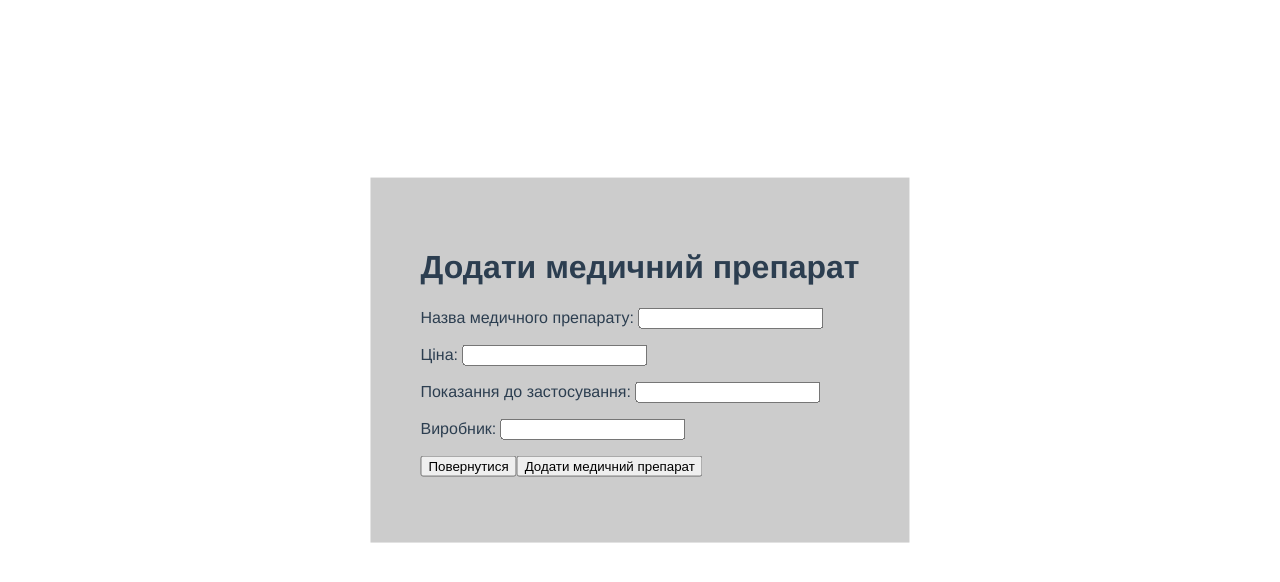
Repository: kristinap8/pharmacy
Page: /add_medicine
The author's editor kept a copy of each file at every save. The page is drawn from the files as they stood at one save, then again after the next save.
The browser window is 1280 px wide. The pictures show the whole page.
The project was rebuilt for these pictures with package versions that can differ from the ones it lists, and the page was loaded fresh each time. Also part of the build but not shown: src/components/EditMedicineForm/index.vue, src/pages/EditMedicine/index.vue, src/components/MedicinesList/MedicineCard/index.vue, src/components/MedicinesList/index.vue, src/pages/AllMedicines/index.vue, src/components/CartForm/index.vue, src/pages/Cart/index.vue.

Above is the page before, as saved 2020-12-09 23:46:37.

### src/main.js
import Vue from 'vue'
import App from './App.vue'
import router from "./router"
import store from "./store"

Vue.config.productionTip = false

new Vue({
  store,
  router,
  render: h => h(App),
}).$mount('#app')

### src/App.vue
<template>
  <div id="app">
    <router-view/>
  </div>
</template>

<script>
export default {
  name: "App",
  components: {},
};
</script>

<style>
#app {
  font-family: Avenir, Helvetica, Arial, sans-serif;
  -webkit-font-smoothing: antialiased;
  -moz-osx-font-smoothing: grayscale;
  color: #2c3e50;
}
</style>

### src/router.js
import Vue from "vue";
import VueRouter from "vue-router";
import AddMedicine from "@/pages/AddMedicine";
import EditMedicine from "@/pages/EditMedicine";
import AllMedicines from "@/pages/AllMedicines";
import Cart from "@/pages/Cart";

Vue.use(VueRouter);

const routes=[
    {
        path:'/',
        name:'all-medicines',
        component:AllMedicines
    },
    {
        path:'/edit_medicine/:medicine_id',
        name:'edit-medicine',
        component:EditMedicine
    },
    {
        path:'/add_medicine',
        name:'add-medicine',
        component:AddMedicine
    },
    {
        path:'/cart',
        name:'cart',
        component:Cart
    },

]

const router=new VueRouter({
    mode:"history",
    routes
});

export default router;

### src/store/index.js
import Vue from "vue";
import Vuex from "vuex";
import { v4 as uuid_v4 } from 'uuid'

Vue.use(Vuex)
const store=new Vuex.Store({
    state:{
      medicinesList:[
          {
              id:1,
              name:'Но-шпа',
              price:60.48,
              requirements:"Спазми гладкої мускулатури, пов'язані з захворюваннями біліарного тракту: холецистолітіаз, холангіолітіаз, холецистит, перихолецистит, холангіт, папіліт. Спазми гладкої мускулатури при захворюваннях сечового тракту: нефролітіаз, уретролітіаз, пієліт, цистит, тенезми сечового міхура.",
              maker:"Chinoin (Угорщина)"

          },
          {
            id:2,
            name:"Діазолін",
            price:19.19,
            requirements:"Профілактика і лікування сезонного та алергічного риніту, полінозу, кропив'янки, харчової та медикаментозної алергії, дерматозів, що супроводжуються свербежем шкіри (екзема, нейродерміт).",
            maker:"Фармак ОАО (Україна, Київ)"

        },
        {
            id:3,
            name:"Амоксил",
            price:81.77,
            requirements:"Інфекції органів дихання, сечостатевої системи, травного тракту (у тому числі у комбінації з метронідазолом або кларитроміцином застосовують для лікування захворювань, асоційованих із Helicobacter pylori), шкіри та м’яких тканин, спричинені чутливими до лікарського засобу мікроорганізмами.",
            maker:"Киевмедпрепарат ОАО (Україна, Київ)"

        }
      ],
      cart:[],
      cartItemsCount:0
    },
    mutations:{
        addMedicine(state, data) {
            state.medicinesList.push({
             id: uuid_v4(),
             ...data,
           })
         },
         deleteMedicine(state,id){
             let medicines=state.medicinesList.filter(medicine=>medicine.id!=id)
             state.medicinesList=medicines;
         },
         editMedicine(state,medicine){
             state.medicinesList.forEach(m=>{
                 if(m.id==medicine.id){
                     m=medicine;
                 }
             } )
         },
         addToCart(state,medicine){
            let isMedicineExists=state.cart.find(m => m.id == medicine.id);

            if (isMedicineExists) {
                isMedicineExists.quantity ++;
                isMedicineExists.totalPrice = (isMedicineExists.quantity * isMedicineExists.price).toFixed(2);
            } else {
                state.cart.push(medicine);

                Vue.set(medicine, 'quantity', 1);
                Vue.set(medicine, 'totalPrice', medicine.price);
            }
             state.cartItemsCount++
         },
         deleteItemFromCart(state,medicine){
            let index = state.cart.indexOf(medicine);
            if (index > -1) {
                let item= state.cart[index];
                state.cartItemsCount -= item.quantity;
                state.cart.splice(index, 1);
            }
         }
    },
    actions:{
        addMedicine({ commit }, medicine) {
            commit('addMedicine', medicine)
         },
          deleteMedicine({commit},id){
              commit('deleteMedicine',id)
          },
          editMedicine({commit},medicine){
              commit('editMedicine',medicine)
          },
          addToCart({commit},medicine){
              commit('addToCart',medicine)
          },
          deleteItemFromCart({commit},medicine){
              commit("deleteItemFromCart",medicine)
          }

    },
    getters:{
        getMedicines:(state)=> state.medicinesList,
        getMedicineById:(state)=>(id)=>{return state.medicinesList.find(m=>m.id===id)},
        getMedicinesInCart:(state)=>state.cart,
     },
    modules:{

    }
})

export default store

### src/pages/AddMedicine/index.vue
<template>
    <div>
       <add-medicine-form/>
    </div>
</template>

<script>
import AddMedicineForm from "../../components/AddMedicineForm"
    export default {
        name:"AddMedicine",
        components: {
            AddMedicineForm,
        },
    }
</script>

<style lang="scss" scoped>

</style>

### src/components/AddMedicineForm/index.vue
<template>
    <div class="form">
        <h1>Додати медичний препарат</h1>
      <p class="form-row">
    <label>
        Назва медичного препарату:
        <input type="text" v-model="name"/>
    </label>
    </p>
    <p class="form-row">
    <label>
        Ціна:
        <input class="form-row-1" type="number" v-model="price"/>
    </label>
    </p>
    <p class="form-row">
    <label>
        Показання до застосування:
        <input type="text" v-model="requirements"/>
    </label>
    </p>
    <p class="form-row">
    <label>
        Виробник:
        <input type="text" v-model="maker"/>
    </label>
    </p>
    <p>
    <router-link to="/" tag="button" >Повернутися</router-link>
    <button @click="onAddMedicine" >
        Додати медичний препарат
    </button>
    </p>
    </div>
</template>

<script>
import { mapActions } from 'vuex'

    export default {
        name:"AddMedicineForm",
        data() {
            return {
            name: null,
            price: null,
            requirements: null,
            maker: null,
            }
        },
        methods: {
            ...mapActions(['addMedicine']),
            onAddMedicine() {
                const{name,price,requirements,maker}=this
                this.addMedicine({
                    name,
                    price,
                    requirements,
                    maker
                })
                this.$router.push('/')
            }
        },
    }
</script>

<style lang="scss" scoped>
.form{
    text-align: left;
    padding: 50px;
    background: #ccc;
    position: fixed;
    top: 50%; left: 50%;
    -webkit-transform: translate(-50%, -50%);
    -ms-transform: translate(-50%, -50%);
    transform: translate(-50%, -50%);

}
.form-row-1{

}


</style>

Loaded but not shown: public/index.html (common file)

After the next save:
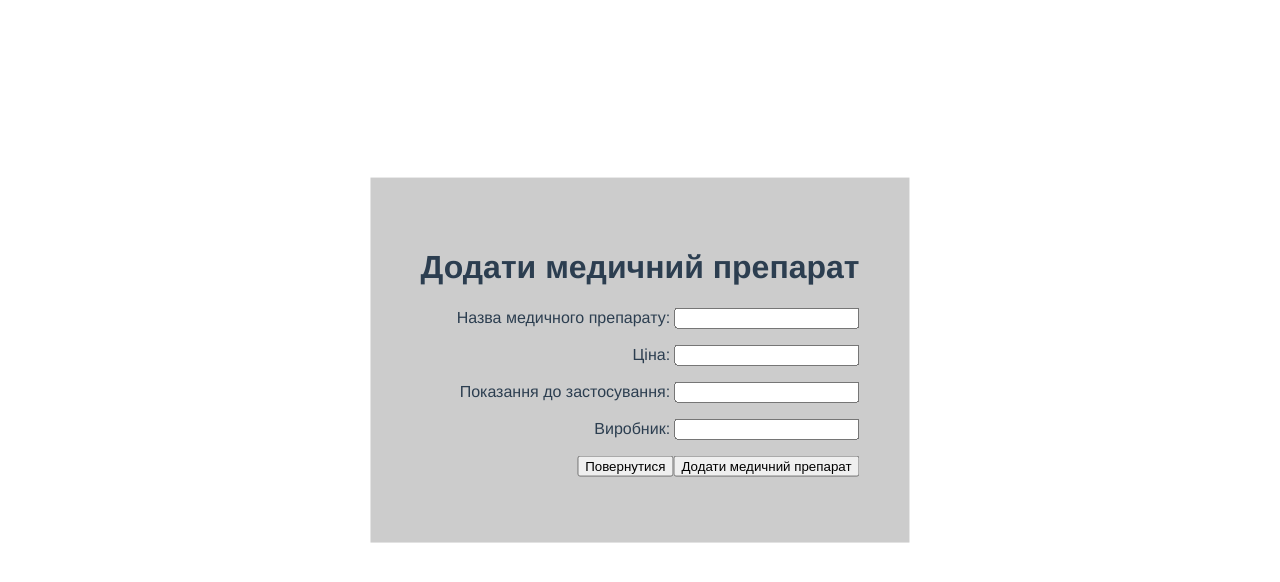
Saved 10 s later.
--- a/src/components/AddMedicineForm/index.vue
+++ b/src/components/AddMedicineForm/index.vue
@@ -65,7 +65,7 @@ import { mapActions } from 'vuex'
 
 <style lang="scss" scoped>
 .form{
-    text-align: left;
+    text-align: right;
     padding: 50px;
     background: #ccc;
     position: fixed;
